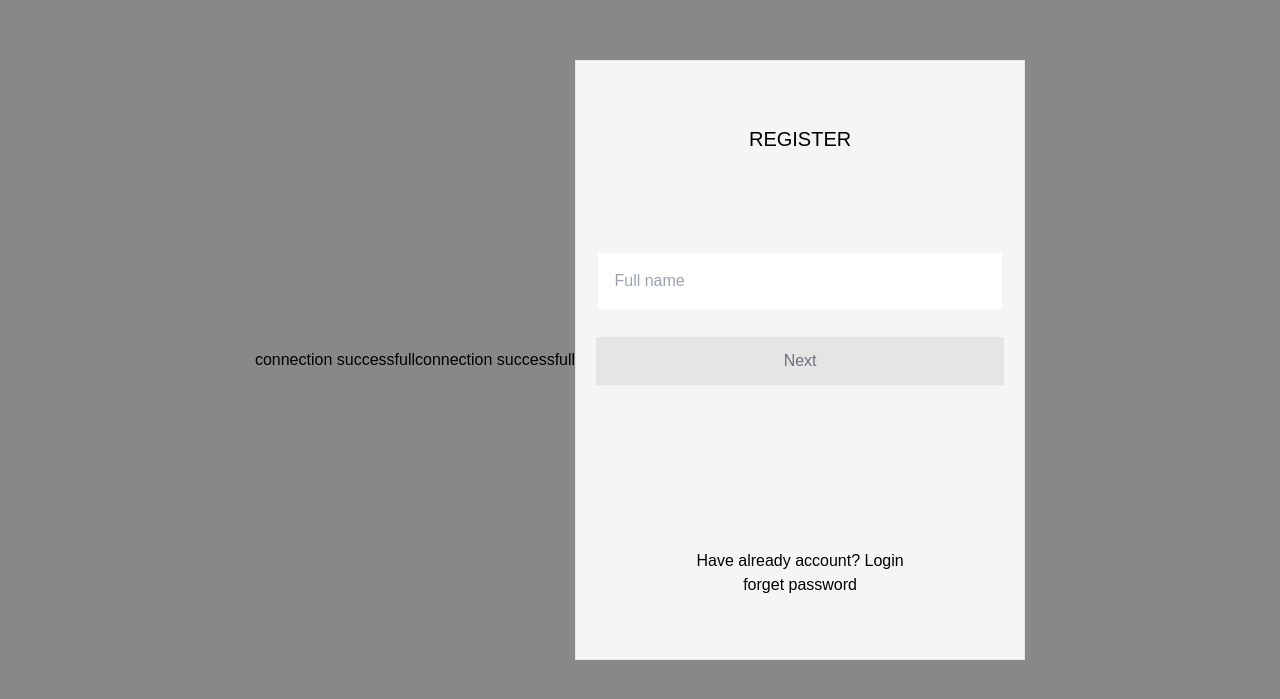
Repository: hsumyatm7308/oop-loginregister-php
Page: http://localhost/register.php
The author's editor kept a copy of each file at every save. The page is drawn from the files as they stood at one save, then again after the next save.
The browser window is 1280 px wide. The pictures show the whole page.
Some web libraries are served in a nearby version. The page is run by PHP 8.4 with error messages shown; the project is at /var/www/html/. Queries for data that is not in the repository find no rows.

Above is the page before, as saved 2023-08-01 18:21:05.

### register.php
<?php

require_once "oopfunction.php";

if (isset($_POST['submit'])) {
    $fullname = textfilter($_POST['fullname']);
    $username = textfilter($_POST["username"]);
    $email = textfilter($_POST["email"]);
    $address = textfilter($_POST["address"]);
    $phone = textfilter($_POST["phone"]);
    $password = textfilter($_POST["password"]);
    $comfirmpass = textfilter($_POST["comfirm"]);

    $reg->insertUserInfo($fullname, $username, $email, $address, $phone, $password);


}


function textfilter($data)
{
    $data = trim($data);
    $data = htmlspecialchars($data);
    $data = stripcslashes($data);

    return $data;
}


?>


<!DOCTYPE html>
<html>

<head>
    <title>Login</title>

    <script src="https://cdn.tailwindcss.com"></script>
    <style>
        /* form .page {
            display: none;
        } */

        body {
            font-family: sans-serif;
            height: 100vh;
            background: #888;

            display: grid;
            place-items: center;
        }

        input.invalid {
            border: 1px dotted red;
        }
    </style>

</head>

<body class="w-screen h-screen  flex justify-center items-center">

    <div class="w-[450px] h-[600px] bg-stone-100 border flex items-center flex-col">
        <span id="prev" class="text-gray-500 self-start ml-8 mt-5" onclick="backnow(1)">Back</span>


        <h1 class="text-xl text-black uppercase mt-16">Register</h1>

        <form action="" method="post" id="form" class="w-full flex justify-center items-center flex-col mt-20">
            <div class="page w-full flex justify-center items-center mt-5 hidden">
                <input type="text" name="fullname" class="w-[90%] p-4 mb-2 focus:outline-none" placeholder="Full name">
            </div>
            <div class="page w-full flex justify-center items-center hidden">
                <input type="text" name="username" class="w-[90%] p-4 mb-2 focus:outline-none" placeholder="username">
            </div>
            <div class="page w-full flex justify-center items-center hidden">
                <input type="email" name="email" class="w-[90%] p-4 mb-2 focus:outline-none" placeholder="Email">
            </div>
            <div class="page w-full flex justify-center items-center hidden">
                <input type="text" name="address" class="w-[90%] p-4 mb-2 focus:outline-none" placeholder="Address">
            </div>
            <div class="page w-full flex justify-center items-center hidden">
                <input type="text" name="phone" class="w-[90%] p-4 mb-2 focus:outline-none" placeholder="Phone">
            </div>
            <div class="page w-full flex justify-center items-center hidden">
                <input type="password" name="password" class="w-[90%] p-4 mb-2 focus:outline-none"
                    placeholder="Password">
            </div>
            <div class="page w-full flex justify-center items-center hidden">
                <input type="password" name="comfirm" class="w-[90%] p-4 mb-2 focus:outline-none"
                    placeholder="Comfirm password">
            </div>



            <div class="w-full flex justify-center items-center">
                <button type="button" id="next"
                    class="w-full bg-stone-200 text-gray-500 p-3 m-5 hover:opacity-80 hover:text-gray-800"
                    onclick="gonow(1)">Next </button>
            </div>

        </form>


        <div id="footer" class="w-full flex justify-center items-center flex-col mt-32 hidden">
            <div>
                Have already account? <a href="">Login</a>
            </div>
            <div>forget password</div>
        </div>
    </div>

    <script src="./app.js"></script>
</body>

</html>

<!-- CREATE TABLE IF NOT EXISTS loginregister(
    id INT AUTO_INCREMENT NOT NULL PRIMARY KEY,
    fullname VARCHAR(255),
    username VARCHAR(255),
    email VARCHAR(255),
    address VARCHAR(255),
    phone VARCHAR(255),
    password  INT
    )
-->

### oopfunction.php
<?php


class Connection
{
    public $dbhost = "localhost";
    public $dbuser = "root";
    public $dbname = "hmmdb";
    public $password = "";


    public $conn;


    public function __construct()
    {
        try {

            $this->conn = new PDO("mysql:dbhost=$this->dbhost;dbname=$this->dbname", $this->dbuser, $this->password);
            $this->conn->setAttribute(PDO::ATTR_ERRMODE, PDO::ERRMODE_EXCEPTION);

            echo "connection successfull";


        } catch (Exception $e) {
            echo "Error Found : " . $e->getMessage();
        }
    }
}

class Register extends Connection{
    //function to register user in database
    public function insertUserInfo($fullname,$username,$email,$address,$phone,$password){
      $duplicate = $this->conn->prepare('SELECT * FROM loginregister WHERE username = :username OR email = :email');
      $duplicate->bindParam(':username', $username, PDO::PARAM_STR);
      $duplicate->bindParam(':email', $email, PDO::PARAM_STR);
      $duplicate->execute();

      $row = $duplicate->rowCount();
      print_r($row,true);

      if($row > 0){
        echo "Username & email already exit";
        return;
      }else{

      }


    }



}

$obj = new Connection();

$reg = new Register();
$reg->insertUserInfo("kyaw","kyaw12","kyaw@gmail.com","Bagan","09333333","12345");

?>

### app.js
const getpages = document.getElementsByClassName('page');
console.log(getpages)
const getform = document.getElementById('form');
const prevbtn = document.getElementById('prev');
const nextbtn = document.getElementById('next');
const footer = document.getElementById('footer');

var datas = [];
var objkeys = ["fullname", "username", "email", "address", "password", "comfirm"];


var curidx = 0;

showpage(curidx);

function showpage(num) {


    getpages[num].classList.remove('hidden');

    console.log(getpages[num]);

    num === 0 ? (prevbtn.style.display = "none") : (prevbtn.style.display = "block");
    num === 0 ? (footer.classList.remove('hidden')) : (footer.classList.add('hidden'));

    num === getpages.length - 1 ? (nextbtn.textContent = 'Submit') : (nextbtn.textContent = 'Next');
}


function backnow(num){

    curidx--;
    console.log(curidx)
    // getpages[curidx ].classList.add('hidden');
    getpages[curidx+1].classList.add('hidden');


    showpage(curidx)
}

function gonow(num) {



    if (num === 1 && !formvalid()) return false;
    curidx++;
    console.log(curidx)
    getpages[curidx - 1].classList.add('hidden');

    if (curidx >= getpages.length - 1) {
        nextbtn.style.direction = "none";
        getform.submit();

    }
    showpage(curidx)

}

function* yeildfun() {
    var index = 0;

    while (index < objkeys.length) {
        yield function () {
            index++;
        }
    }
}

let gen = yeildfun();

function formvalid() {
    var valid = true;
    var getcurrinput = getpages[curidx].getElementsByTagName('input');
    // console.log(getcurrinput);
    // console.log(getcurrinput[0].value);

    for (var x = 0; x < getcurrinput.length; x++) {
        // console.log(getcurrinput[x].value);
        if (getcurrinput[x].value === '') {
            getcurrinput[x].classList.add('invalid');
            valid = false;
        } else {

            const keys = objkeys[gen.next().value];
            const values = getcurrinput[x].value;
            datas.push({ [keys]: values });
        }

    }

    return valid;

}

After the next save:
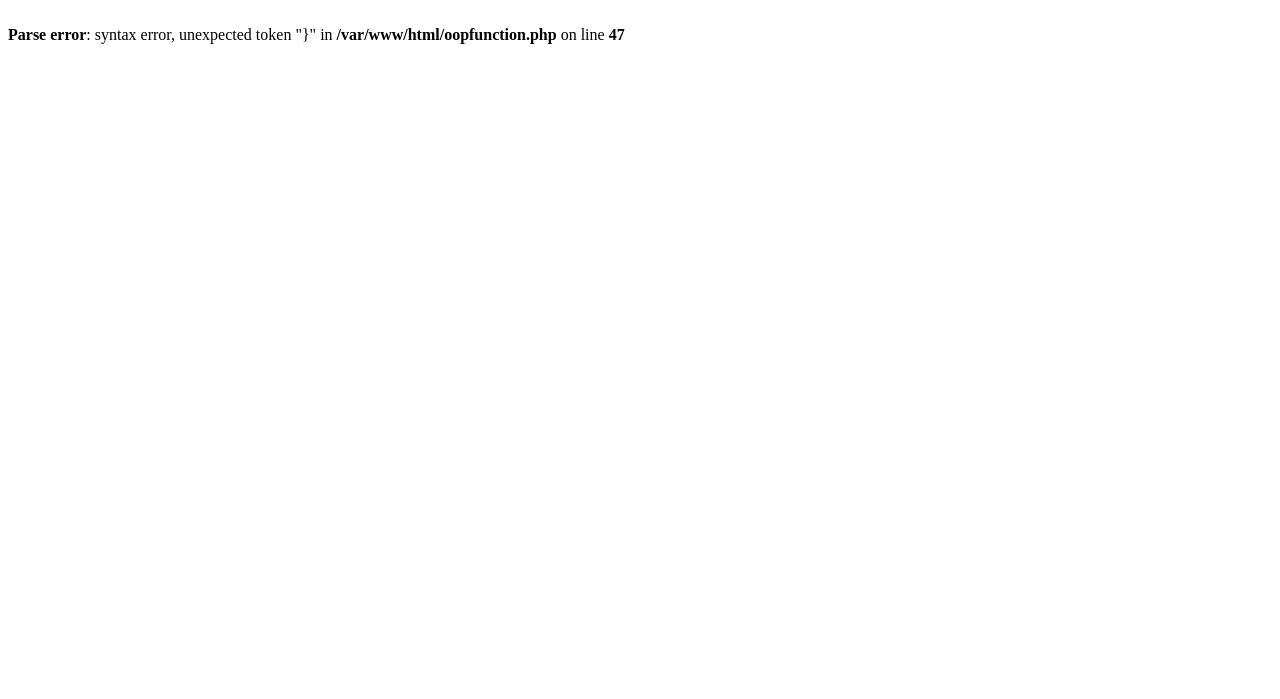
Saved 78 s later.
--- a/oopfunction.php
+++ b/oopfunction.php
@@ -43,7 +43,7 @@
         echo "Username & email already exit";
         return;
       }else{
-
+        $stmt = $this->conn->prepare('INSERT INTO loginregister')
       }
 
 

After the 2 saves that followed:
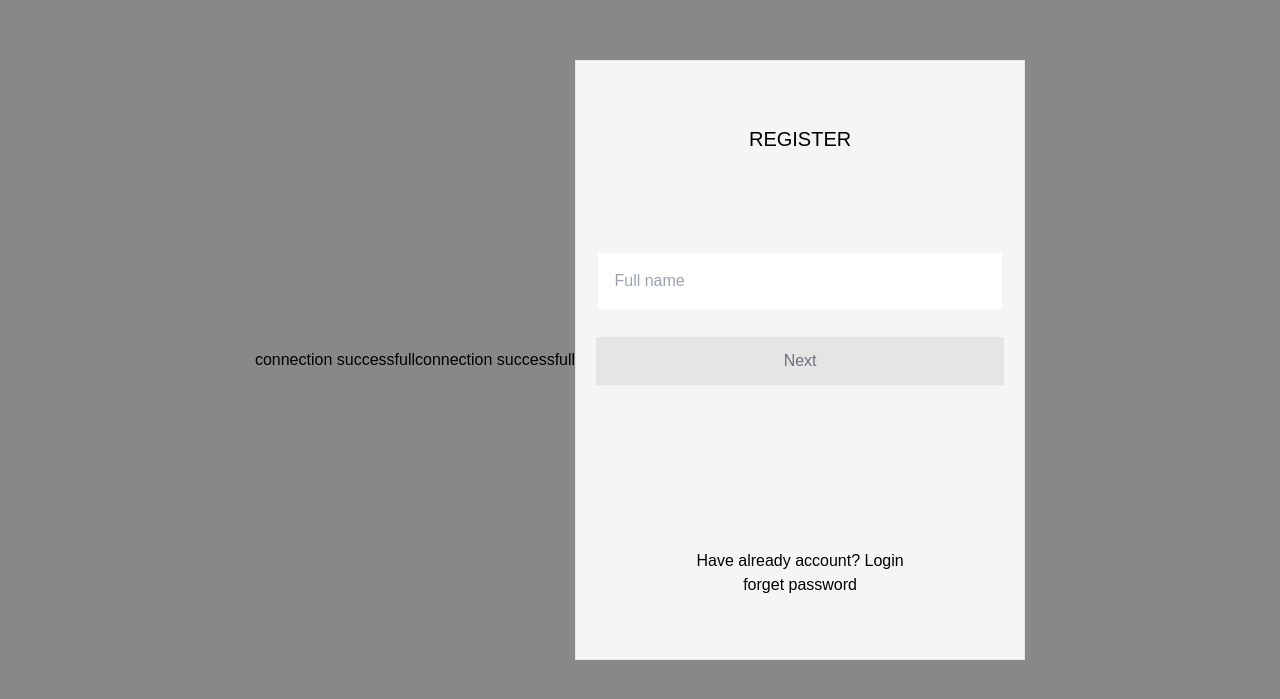
The 2 saves are shown as one change because they came seconds apart.
The last was saved 100 s later.
--- a/oopfunction.php
+++ b/oopfunction.php
@@ -40,10 +40,9 @@
       print_r($row,true);
 
       if($row > 0){
-        echo "Username & email already exit";
-        return;
+        return 10;
       }else{
-        $stmt = $this->conn->prepare('INSERT INTO loginregister')
+
       }
 
 
